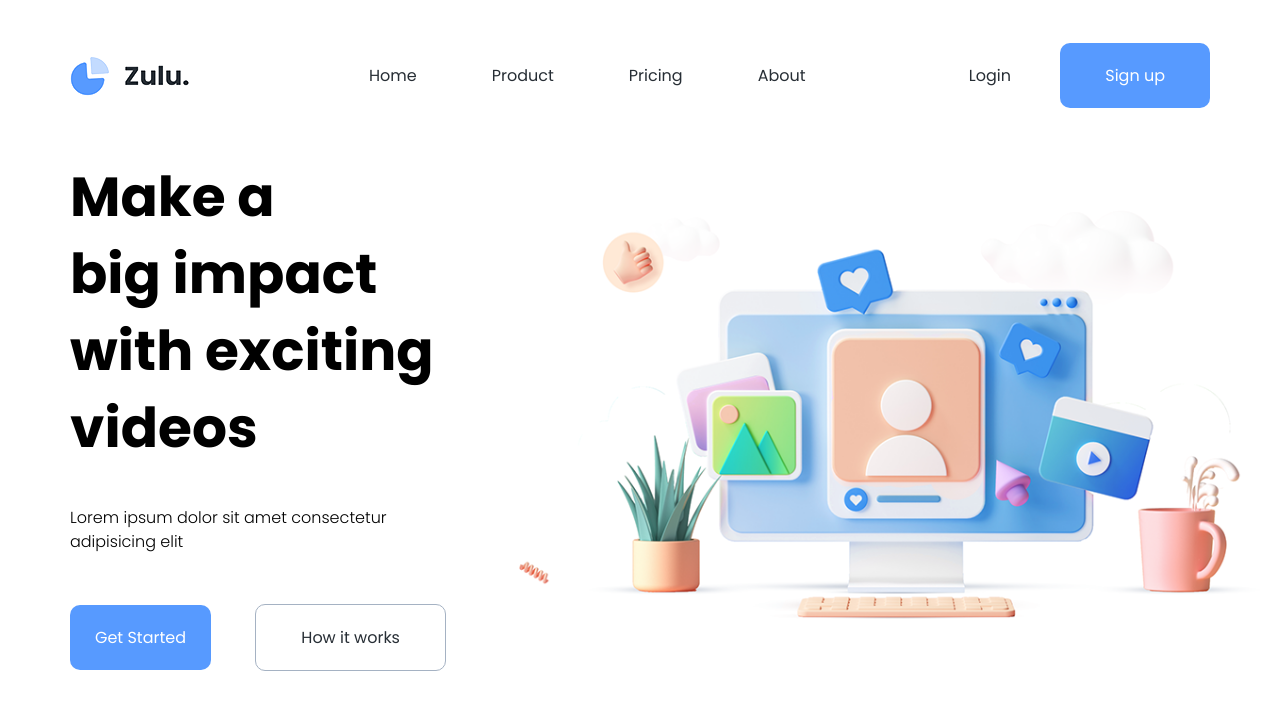
Repository: baodien1405/zulu-landing-page
Page: index.html
An editor plug-in stored every save of this project. The page is shown before and after the next save, followed by the edit.
The browser window is 1280 px wide. The pictures show the whole page.
The style sheet was rebuilt from its Sass, Less or Tailwind sources for each picture, by a compiler version that may differ from the author's.

Above is the page before, as saved 2021-06-22 15:59:47.

After the next save:
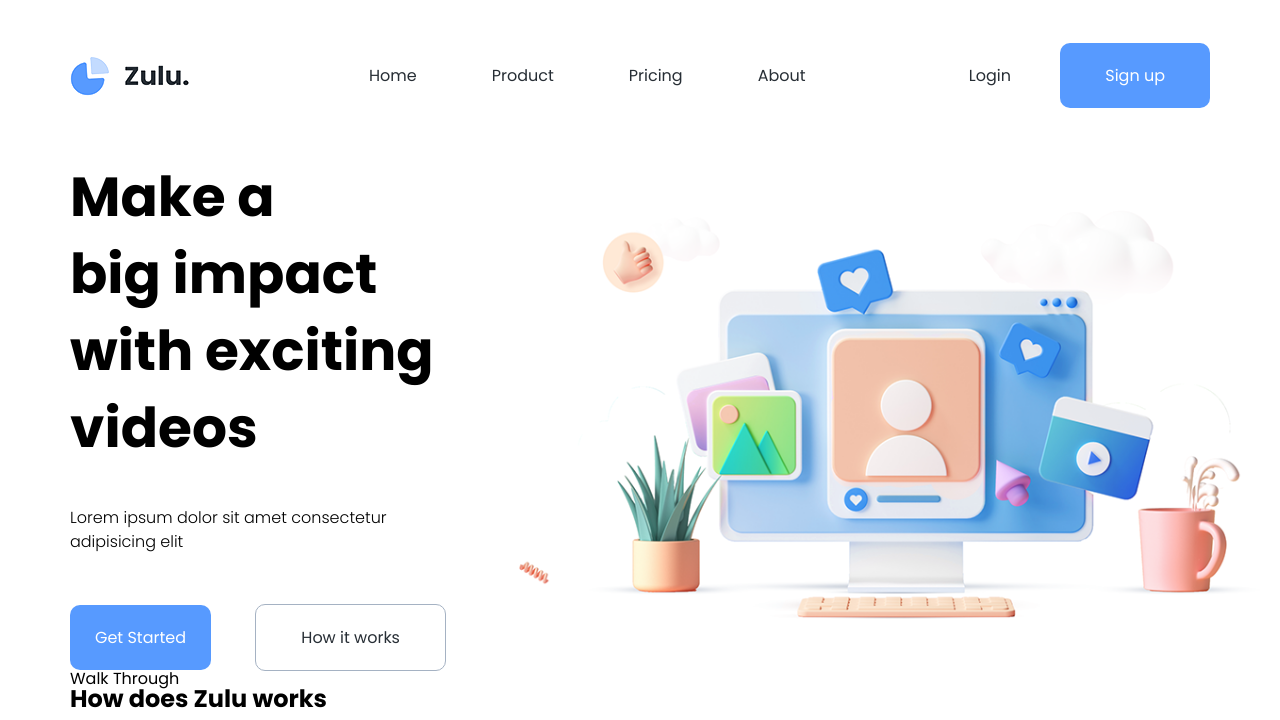
Saved 22 min 14 s later.
--- a/index.html
+++ b/index.html
@@ -12,6 +12,7 @@
 <body>
   <div class="wrapper">
     <div class="container">
+      <!-- Header -->
       <header class="header">
         <a href="index.html" class="header-logo">
           <img src="/images/logo.png" alt="" class="header-logo-image">
@@ -36,6 +37,7 @@
         </div>
       </header>
 
+      <!-- Banner -->
       <section class="banner">
         <div class="banner-info">
           <h1 class="banner-heading">
@@ -51,6 +53,14 @@
         </div>
         <img src="./images/img1.png" alt="" class="banner-image">
       </section>
+
+      <!-- Work  -->
+      <section class="work">
+        <div class="block-box">
+          <span class="block-caption">Walk Through</span>
+          <h2 class="block-heading">How does Zulu works</h2>
+        </div>
+      </section>
     </div>
   </div>
 </body>
